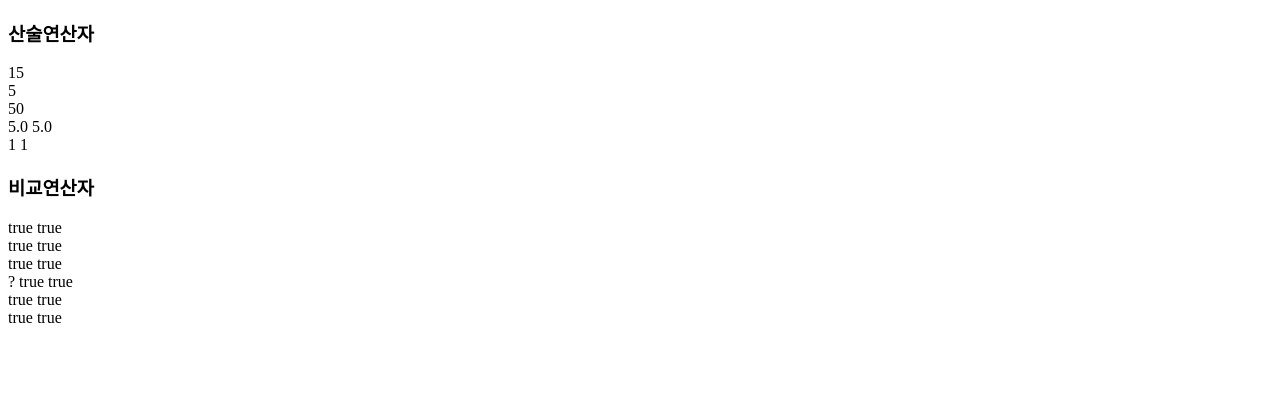
Repository: Jipumpkin/WebServer
Page: http://localhost/JSTL/ex03el3.jsp
An editor plug-in stored every save of this project. The page is shown before and after the next save, followed by the edit.
The browser window is 1280 px wide. The pictures show the whole page.
The page is served by Tomcat 9. Other server files are loaded and not shown.

Above is the page before, as saved 2024-08-16 06:22:23.

### JSTL/src/main/webapp/ex03el3.jsp
<%@ page language="java" contentType="text/html; charset=EUC-KR"
    pageEncoding="EUC-KR"%>
<!DOCTYPE html>
<html>
<head>
<meta charset="EUC-KR">
<title>Insert title here</title>
</head>
<body>

	<%
		session.setAttribute("num", 10);
	%>

	<h3>산술연산자</h3>
	${num + 5} <br>
	${num - 5} <br>
	${num * 5} <br>
	${num / 2} ${num div 2}<br>
	${num % 3} ${num mod 3}<br>

	<h3>비교연산자</h3>
	${num > 5} ${num gt 5} <br>
	${num < 20} ${num lt 20} <br>
	${num >= 10} ${num ge 10} <br>?
	${num <= 10} ${num le 10} <br>
	${num == 10} ${num eq 10} <br>
	${num != 20} ${num ne 20} <br>





</body>
</html>

After the next save:
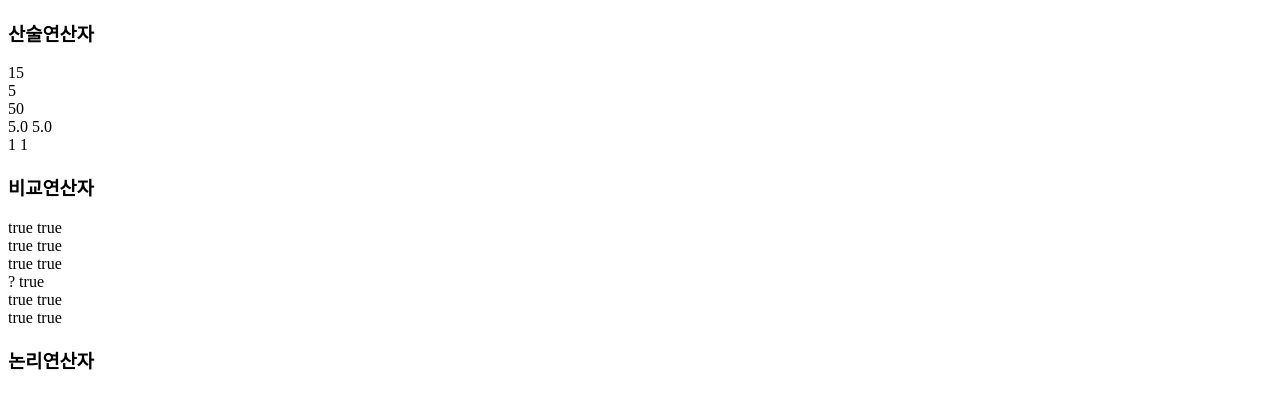
Saved 48 s later.
--- a/JSTL/src/main/webapp/ex03el3.jsp
+++ b/JSTL/src/main/webapp/ex03el3.jsp
@@ -23,11 +23,11 @@
 	${num > 5} ${num gt 5} <br>
 	${num < 20} ${num lt 20} <br>
 	${num >= 10} ${num ge 10} <br>?
-	${num <= 10} ${num le 10} <br>
+	${num le 10} <br>
 	${num == 10} ${num eq 10} <br>
 	${num != 20} ${num ne 20} <br>
 
-
+	<h3>논리연산자</h3>
 
 
 
